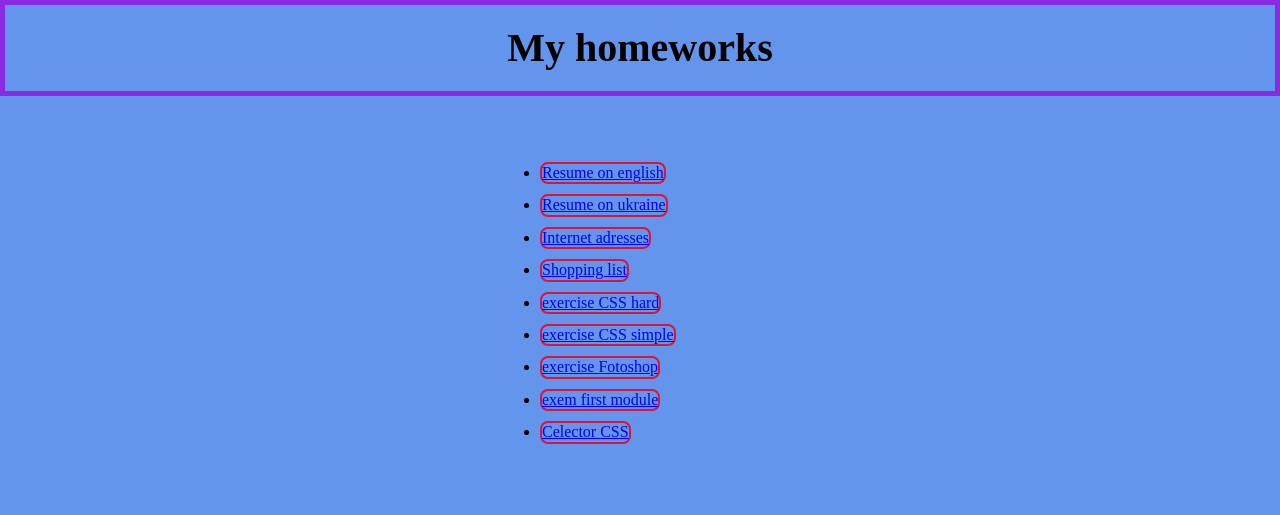
Repository: shpakovskaya/github.io
Page: index.html
An editor plug-in stored every save of this project. The page is shown before and after the next save, followed by the edit.
The browser window is 1280 px wide. The pictures show the whole page.

Above is the page before, as saved 2021-11-26 15:29:30.

After the next save:
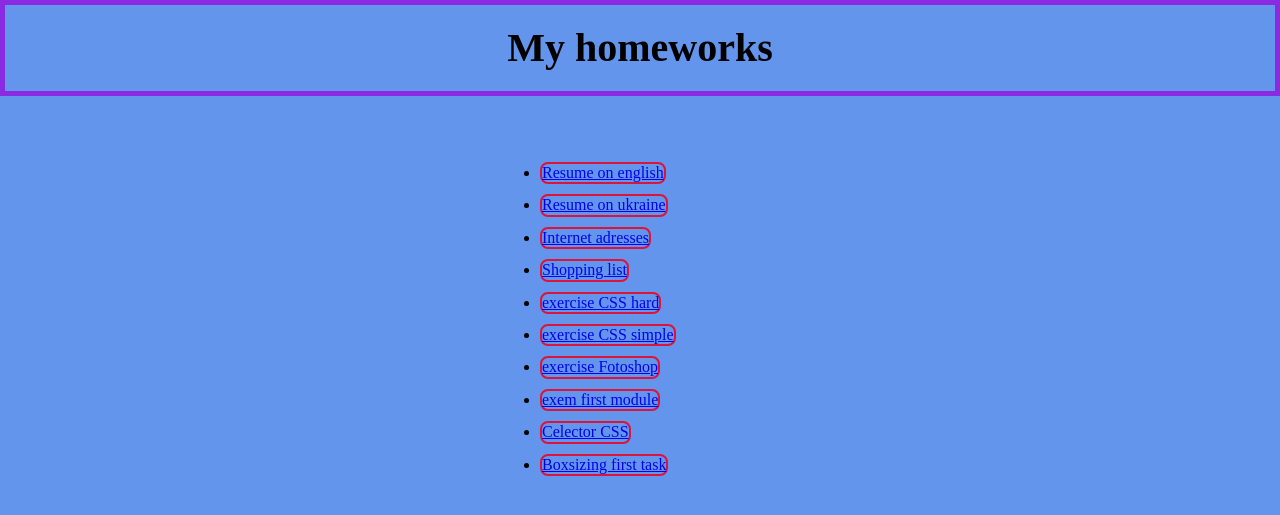
Saved 26 h 11 min later.
--- a/index.html
+++ b/index.html
@@ -61,6 +61,11 @@
               >Celector CSS</a
             >
           </li>
+          <li>
+            <a href="./boxsizing/namastegreen/index.html" class="menu_link"
+              >Boxsizing first task</a
+            >
+          </li>
         </ul>
       </nav>
     </div>
